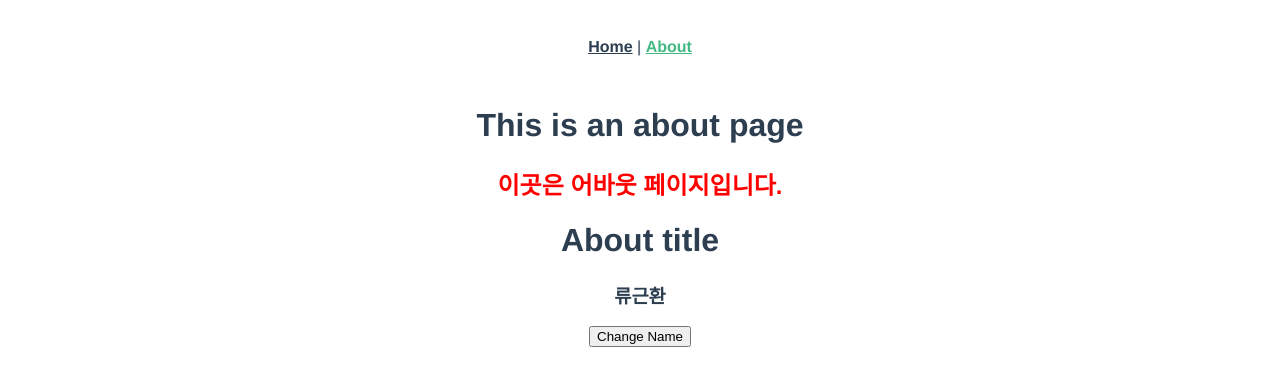
Repository: RyuGeunHwan/code_J
Page: /about (app in vue-emit/)
These files come from the project's save history. The page is drawn as it stood at one moment and after the next save; the edit follows.
The browser window is 1280 px wide. The pictures show the whole page.
The project was rebuilt for these pictures with package versions that can differ from the ones it lists, and the page was loaded fresh each time. Also part of the build but not shown: vue-emit/src/components/InputField.vue, vue-emit/src/views/Home.vue.

Above is the page before, as saved 2022-08-12 17:05:25.

### vue-emit/src/views/About.vue
<template>
  <div class="about">
    <h1>This is an about page</h1>
    <h2>이곳은 어바웃 페이지입니다.</h2>
    <KossieCoder name="류근환" />
  </div>
</template>

<script>
import KossieCoder from '@/components/KossieCoder.vue';

export default {
  components:{
    KossieCoder
  }
}
</script>

<style scoped>
h2{
  color : red
}
</style>

### vue-emit/src/components/KossieCoder.vue
<template>
    <div>
        <h1>{{title}}</h1>
        <h3>{{name}}</h3>
        <!-- <p>{{  name  }}</p> -->
        <button @click="updateName">Change Name</button>
    </div>
</template>

<script>
export default {
    props: {
        title: {
            type : String,
            required : true ,
            //required = 무조건 항상 보내줘야한다는것
            default: 'About title'
            //default : 자식컴포넌트에서 props를 받아오지 않아도 default로 보여줌.
        },
        name: {
            type : String,
            required : true,
            //required = 무조건 항상 보내줘야한다는것
            default: 'Ryu geun hwan'
            //default : 자식컴포넌트에서 props를 받아오지 않아도 default로 보여줌.
        }
    },
    data(){
        return{
            // name : 'Kossie Coder'
        }
    },
    methods: {
        updateName(){
            this.name = 'Kossie Coder Updated'
        }
    }

}
</script>

<style scoped>

</style>

Loaded but not shown: vue-emit/public/index.html (common file); vue-emit/src/main.js (common file); vue-emit/src/App.vue (common file); vue-emit/src/router/index.js (common file); vue-emit/src/store/index.js (common file)

After the next save:
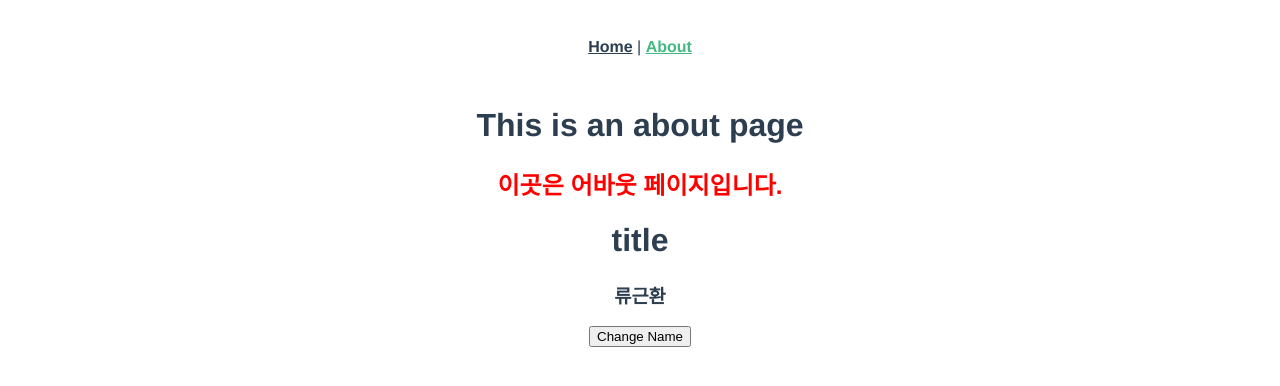
Saved 90 s later.
--- a/vue-emit/src/views/About.vue
+++ b/vue-emit/src/views/About.vue
@@ -2,7 +2,7 @@
   <div class="about">
     <h1>This is an about page</h1>
     <h2>이곳은 어바웃 페이지입니다.</h2>
-    <KossieCoder name="류근환" />
+    <KossieCoder title="title" name="류근환" />
   </div>
 </template>
 
